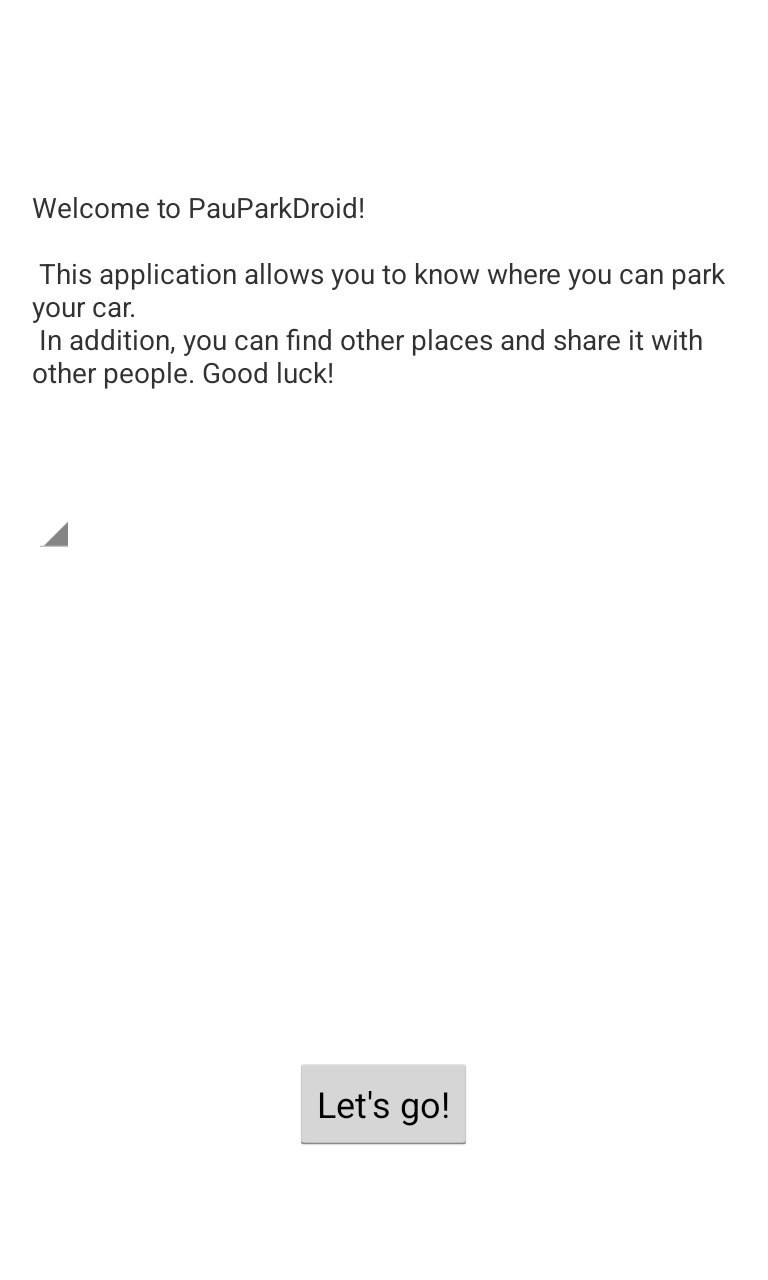
Repository: arrotacon/PauParkAndroid
Layout: PauPark_Workspace/PauParkDroid/res/layout/activity_home.xml
The author's editor kept a copy of each file at every save. The layout is drawn from the files as they stood at one save, then again after the next save.
It is drawn on a 768 x 1280 px phone screen (xhdpi) without system bars, with theme AppTheme; the app's code is not run.

Above is the layout before, as saved 2014-12-02 20:47:02.

### PauPark_Workspace/PauParkDroid/res/layout/activity_home.xml
<RelativeLayout xmlns:android="http://schemas.android.com/apk/res/android"
    xmlns:tools="http://schemas.android.com/tools"
    android:layout_width="match_parent"
    android:layout_height="match_parent"
    android:paddingBottom="@dimen/activity_vertical_margin"
    android:paddingLeft="@dimen/activity_horizontal_margin"
    android:paddingRight="@dimen/activity_horizontal_margin"
    android:paddingTop="@dimen/activity_vertical_margin"
    tools:context="fr.univpau.pauparkdroid.Home" >

    <TextView
        android:id="@+id/textView1"
        android:layout_width="wrap_content"
        android:layout_height="wrap_content"
        android:layout_alignParentTop="true"
        android:layout_centerHorizontal="true"
        android:layout_marginTop="78dp"
        android:text="@string/welcome" />

    <Spinner
        android:id="@+id/spinner1"
        android:layout_width="wrap_content"
        android:layout_height="wrap_content"
        android:layout_alignLeft="@+id/textView1"
        android:layout_below="@+id/textView1"
        android:layout_marginTop="50dp"
        tools:ignore="RtlHardcoded" />

    <Button
        android:id="@+id/button1"
        android:layout_width="wrap_content"
        android:layout_height="wrap_content"
        android:layout_alignParentBottom="true"
        android:layout_centerHorizontal="true"
        android:layout_marginBottom="48dp"
        android:text="@string/home_button" />

</RelativeLayout>

### PauPark_Workspace/PauParkDroid/res/values/strings.xml
<?xml version="1.0" encoding="utf-8"?>
<resources>

    <string name="app_name">PauParkDroid</string>
    <string name="title_activity_home">PauParkDroid</string>
    <string name="hello_world">Hello world!</string>
    <string name="action_settings">Settings</string>
    <string name="welcome">Welcome to PauParkDroid!\n\n This application allows you to know where you can park your car.\n
        In addition, you can find other places and share it with other people. Good luck!</string>
    <string name="home_button">Let\'s go!</string>
    <string name="title_activity_parking">Parking</string>
    <string name="title_activity_good_deal">GoodDeal</string>
    <string-array name="home_array">
        <item>Parking</item>
        <item>Good Deal</item>
    </string-array>


</resources>

Loaded but not shown: PauPark_Workspace/PauParkDroid/res/values/styles.xml (common file); PauPark_Workspace/PauParkDroid/res/values-v11/styles.xml (common file); PauPark_Workspace/PauParkDroid/res/values-v14/styles.xml (common file); PauPark_Workspace/PauParkDroid/res/values/dimens.xml (common file); PauPark_Workspace/PauParkDroid/res/values-w820dp/dimens.xml (common file)

After the next save:
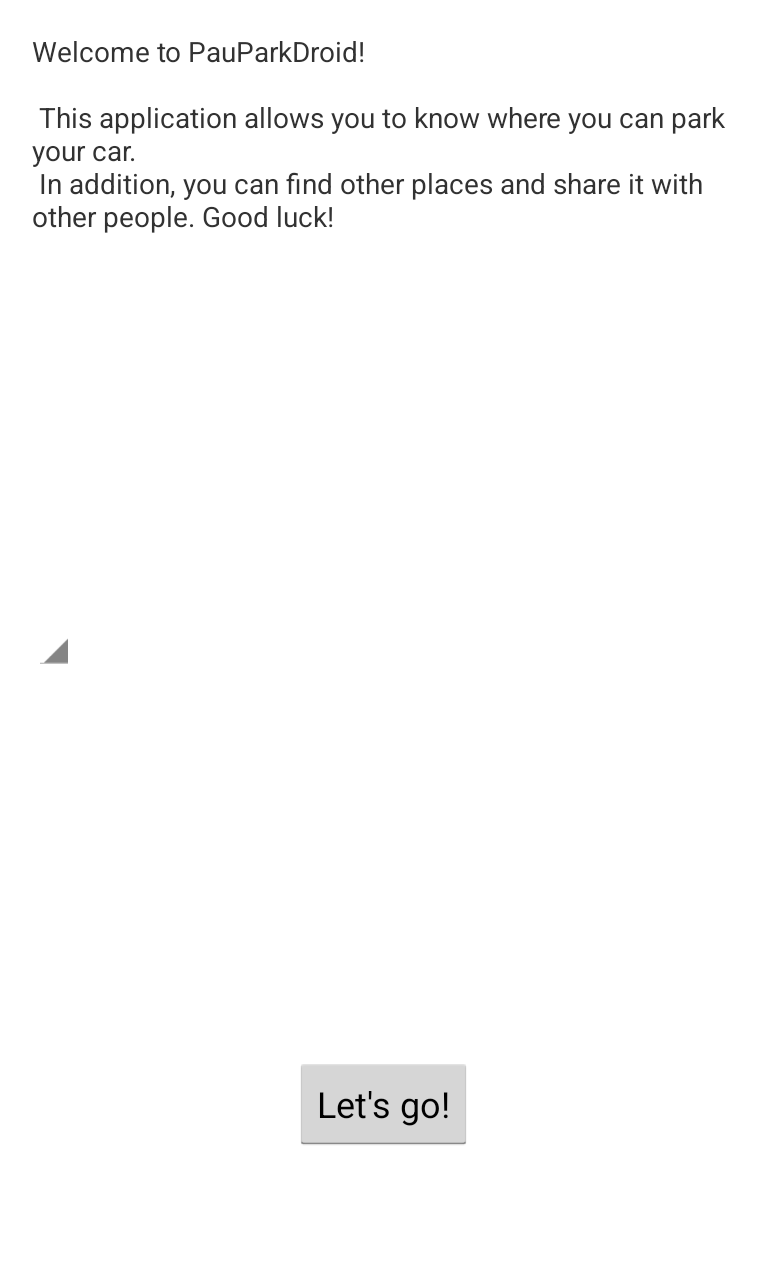
Saved 2 days later.
--- a/PauPark_Workspace/PauParkDroid/res/layout/activity_home.xml
+++ b/PauPark_Workspace/PauParkDroid/res/layout/activity_home.xml
@@ -8,24 +8,6 @@
     android:paddingTop="@dimen/activity_vertical_margin"
     tools:context="fr.univpau.pauparkdroid.Home" >
 
-    <TextView
-        android:id="@+id/textView1"
-        android:layout_width="wrap_content"
-        android:layout_height="wrap_content"
-        android:layout_alignParentTop="true"
-        android:layout_centerHorizontal="true"
-        android:layout_marginTop="78dp"
-        android:text="@string/welcome" />
-
-    <Spinner
-        android:id="@+id/spinner1"
-        android:layout_width="wrap_content"
-        android:layout_height="wrap_content"
-        android:layout_alignLeft="@+id/textView1"
-        android:layout_below="@+id/textView1"
-        android:layout_marginTop="50dp"
-        tools:ignore="RtlHardcoded" />
-
     <Button
         android:id="@+id/button1"
         android:layout_width="wrap_content"
@@ -35,4 +17,20 @@
         android:layout_marginBottom="48dp"
         android:text="@string/home_button" />
 
+    <TextView
+        android:id="@+id/textView1"
+        android:layout_width="wrap_content"
+        android:layout_height="wrap_content"
+        android:layout_alignParentTop="true"
+        android:layout_centerHorizontal="true"
+        android:text="@string/welcome" />
+
+    <Spinner
+        android:id="@+id/spinner1"
+        android:layout_width="wrap_content"
+        android:layout_height="wrap_content"
+        android:layout_alignLeft="@+id/textView1"
+        android:layout_centerVertical="true"
+        tools:ignore="RtlHardcoded" />
+
 </RelativeLayout>
